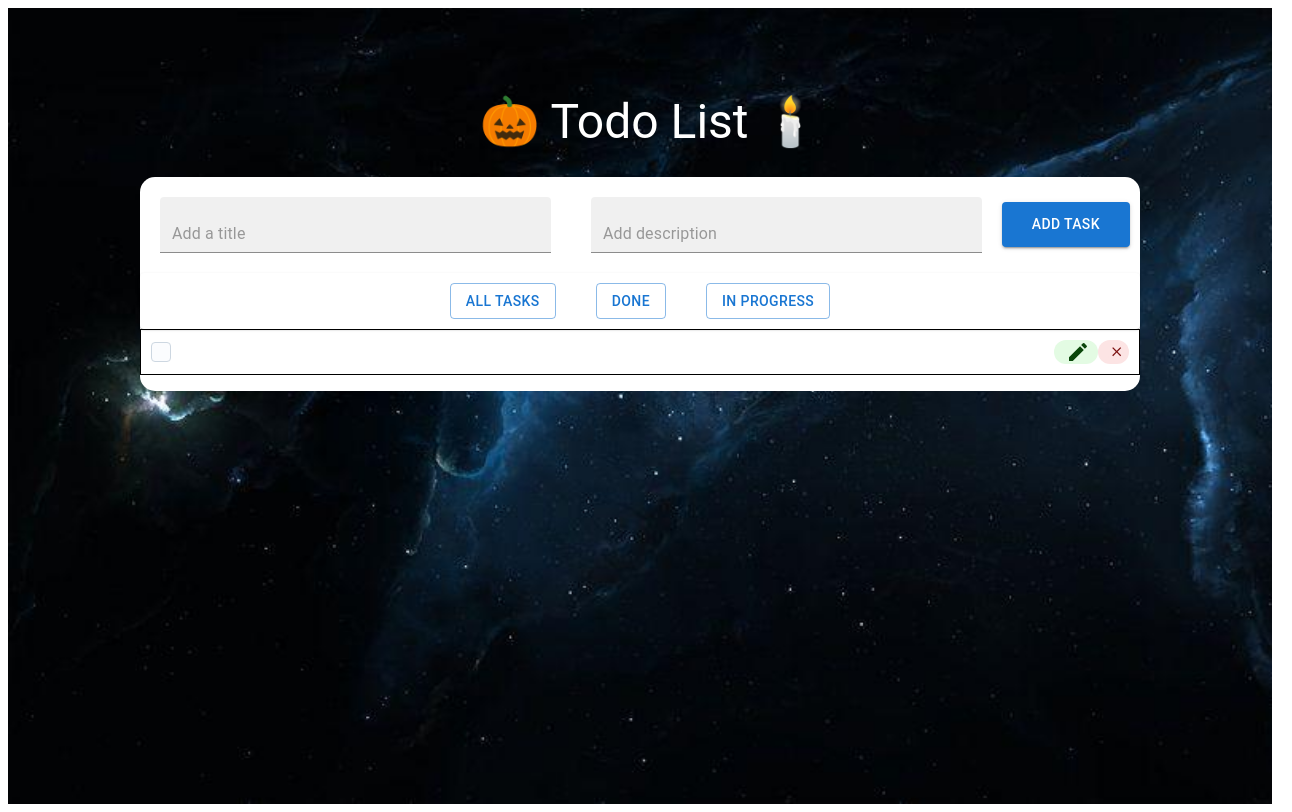
Repository: Tracy-maker/TodoList
Page: /
An editor plug-in stored every save of this project. The page is shown before and after the next save, followed by the edit.
The browser window is 1280 px wide. The page is 1292 px wide, so the pictures cover 1292 px, including what lies to the right of the window. The pictures show the whole page.
The project was rebuilt for these pictures with package versions that can differ from the ones it lists, and the page was loaded fresh each time. Also part of the build but not shown: src/components/TaskEdit.js.

Above is the page before, as saved 2023-09-20 19:45:18.

After the next save:
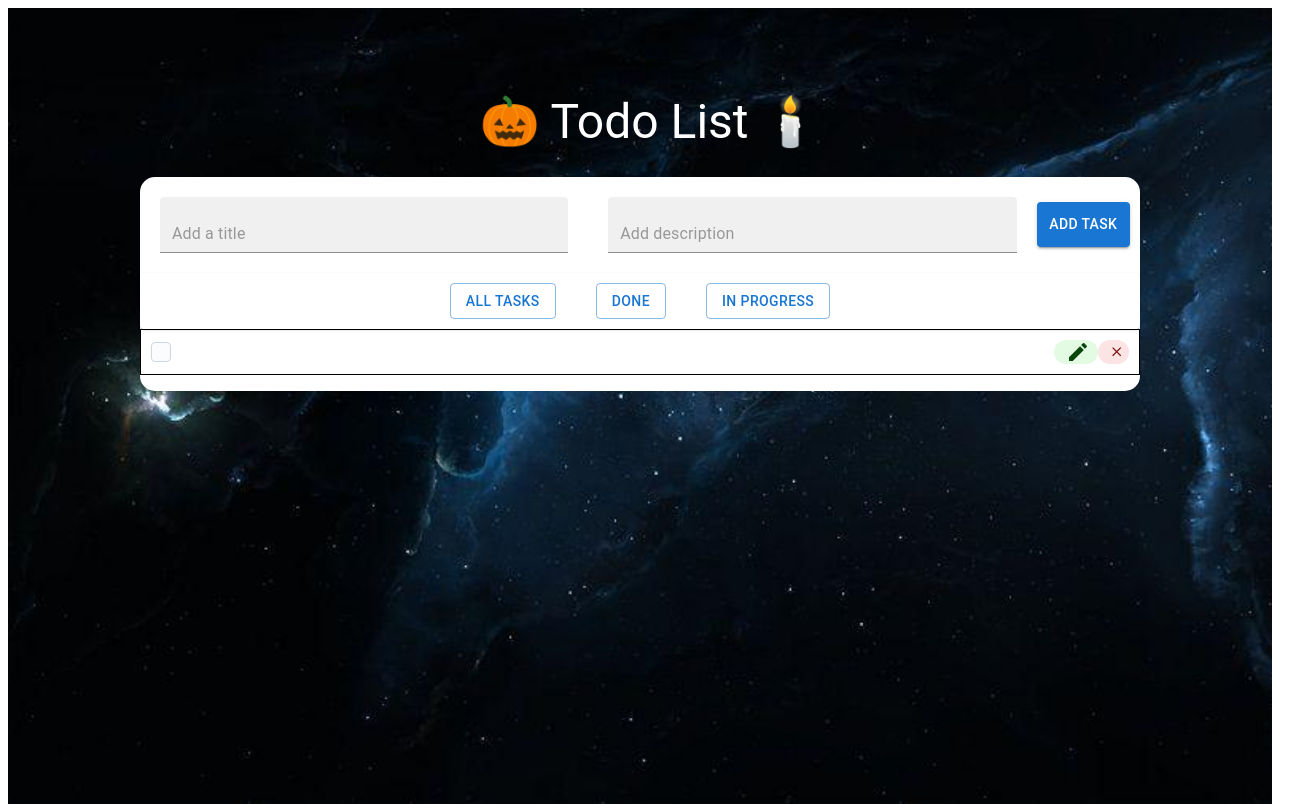
Saved 19 s later.
--- a/src/components/CreateTask.js
+++ b/src/components/CreateTask.js
@@ -7,7 +7,7 @@ import { styled } from "@mui/material";
 
 const Input = styled(TextField)`
   padding:2%;
-  width: 65%;
+  width: 100%;
 `;
 
 const AddButton = styled(Button)`
